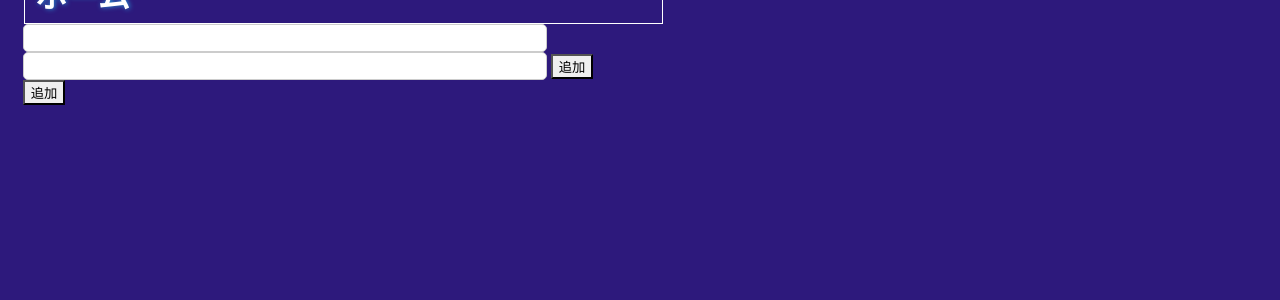
Repository: azuma2/tui2b
Page: http://localhost/
An editor plug-in stored every save of this project. The page is shown before and after the next save, followed by the edit.
The browser window is 1280 px wide. The pictures show the whole page.
The page is served by the project's Laravel application, run on PHP 8.4 with Laravel 8. Queries for data that is not in the repository find no rows.

Above is the page before, as saved 2022-03-28 18:30:25.

After the next save:
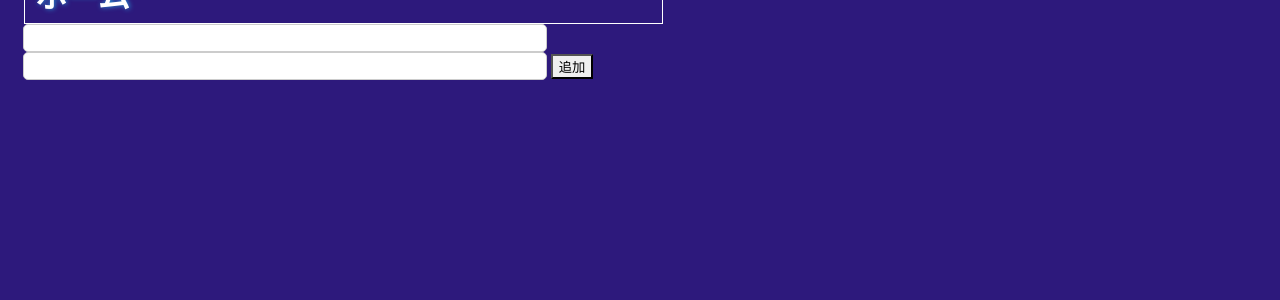
Saved 7 s later.
--- a/resources/views/index.blade.php
+++ b/resources/views/index.blade.php
@@ -137,12 +137,7 @@ font-size:28px;
           <input class="button" type="submit" value="追加" />
         </form>
 
-        <form action="/tui2/create" method="post">
-            @csrf
 
-
-          <input class="button" type="submit" value="追加" />
-        </form>
 
 
           @csrf
